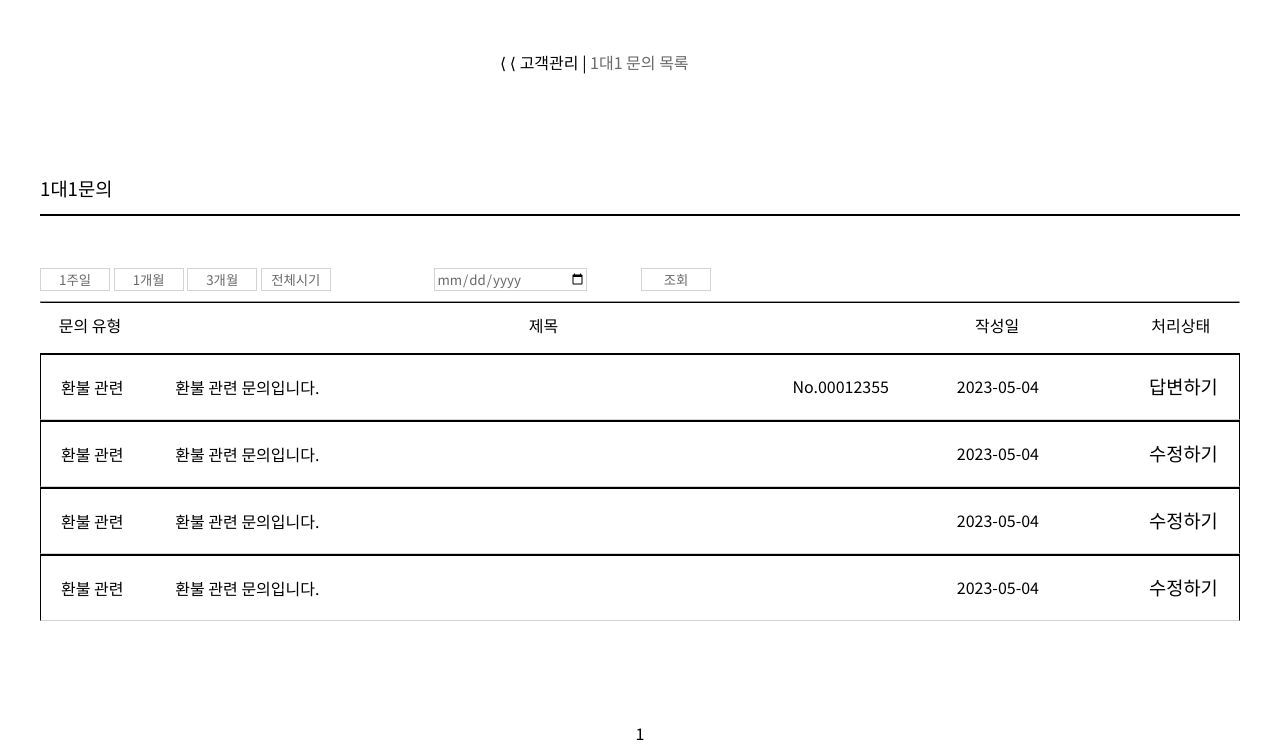
Repository: mcw9503/PassionForFashion
Page: Semi_Project/src/main/webapp/WEB-INF/QnaPage.html
The author's editor kept a copy of each file at every save. The page is drawn from the files as they stood at one save, then again after the next save.
The browser window is 1280 px wide. The pictures show the whole page.

Above is the page before, as saved 2023-05-07 08:41:04.

After the next save:
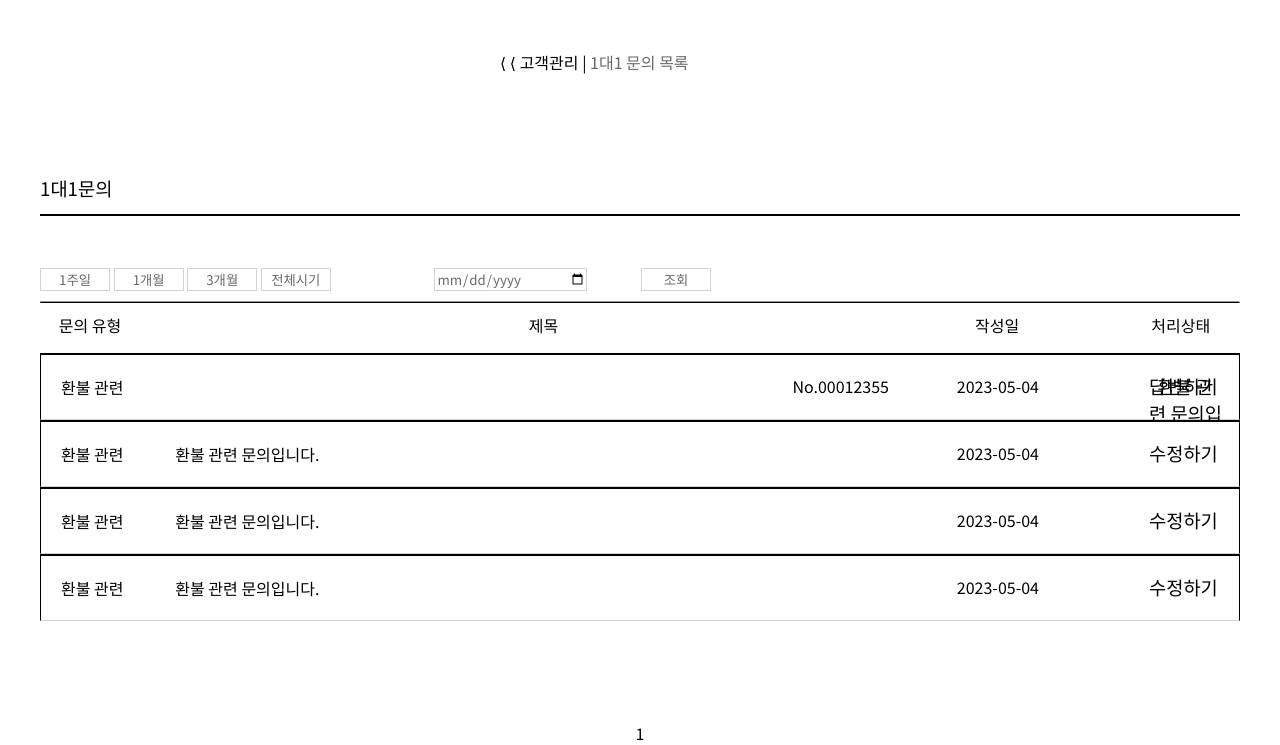
Saved 54 s later.
--- a/Semi_Project/src/main/webapp/WEB-INF/QnaPage.html
+++ b/Semi_Project/src/main/webapp/WEB-INF/QnaPage.html
@@ -146,8 +146,8 @@ div form input:active {
 		<input type="checkbox" id="answer01">
 		<label for="answer01">
 		<div class="qnaCategoy" style="display: inline-block; width: 100px;">환불 관련</div>
-		&nbsp;&nbsp;
-		환불 관련 문의입니다.
+
+		<h3 style="display: inline-block;">&nbsp;&nbsp;환불 관련 문의입니다.</h3>
 		<span style="margin-right: 150px;">No.00012355</span>
 		<span>2023-05-04</span>
 		<h3 class="ansComplete"style="margin-left: 15px; ">답변하기</h3></label>
